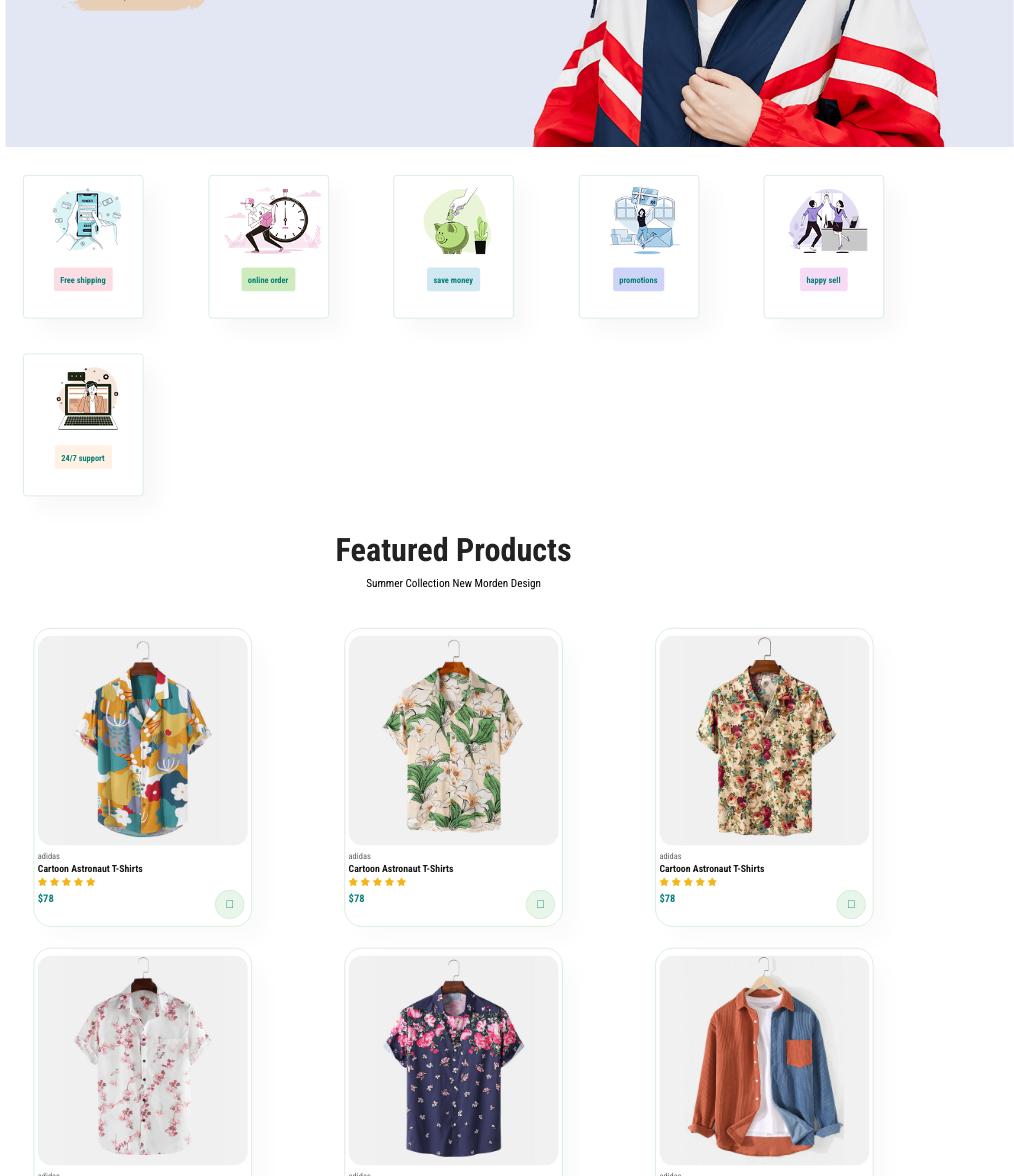
Repository: nhutduy-1905/web_coban
Page: src/index/index.html
An editor plug-in stored every save of this project. The page is shown before and after the next save, followed by the edit.
The browser window is 1280 px wide. The page is 1448 px wide, so the pictures cover 1448 px, including what lies to the right of the window. The pictures show the part of the page from y = 530 to 2210 px (the page is 3785 px tall before and 3517 px after), at 70% of full size.

Above is the page before, as saved 2024-11-19 21:56:54.

### src/index/index.html
<!DOCTYPE html>
<html lang="en">
<!-- Khai báo định dạng tài liệu HTML và ngôn ngữ là tiếng Anh -->

<head>
    <meta charset="UTF-8">
    <!-- Thiết lập bộ ký tự của trang là UTF-8 -->
    <meta name="viewport" content="width=device-width, initial-scale=1.0">
    <!-- Điều chỉnh để trang hiển thị tốt trên mọi thiết bị, đặc biệt là thiết bị di động -->
    <link rel="stylesheet" href="../benefit/benefit.css">
    <link rel="stylesheet" href="../index/main.css">
    <link rel="stylesheet" href="../product/product.css">
    <link rel="stylesheet" href="../product/item.css">
    <link rel="preconnect" href="https://fonts.googleapis.com">
    <link rel="preconnect" href="https://fonts.gstatic.com" crossorigin>
     <!-- link sao -->
    <link rel="preconnect" href="https://fonts.googleapis.com">
<link rel="preconnect" href="https://fonts.gstatic.com" crossorigin>
<link href="https://fonts.googleapis.com/css2?family=Roboto+Condensed:ital,wght@0,100..900;1,100..900&family=Roboto:ital,wght@0,100;0,300;0,400;0,500;0,700;0,900;1,100;1,300;1,400;1,500;1,700;1,900&display=swap" rel="stylesheet">
     <link rel="stylesheet" href="product.css">
     <!-- link giỏ hàng -->
     <link rel="stylesheet" href="https://pro.fontawesome.com/releases/v5.15.4/css/all.css">
    <title>Super Value Deals</title>
    <!-- Tiêu đề của trang web hiển thị trên tab của trình duyệt -->
</head>

<body>

    <section id="header">
        <a href="#"><img src="../../images/logo.png" class="logo" alt="Logo"></a>
        <div>
            <div id="nvbar">
                <div class="active">Home</div>
                <div>Shop</div>
                <div>Blog</div>
                <div>About</div>
                <div>Contact</div>
                <div>
                    <img src = "../../shopping-bag.png" alt = "Logo" style="width: 25px";>
                </div>
            </div>
        </div>
    </section>
    <Section id ="hero">
        <h4>Trade-in-offer</h4>
        <h2>Super value deals</h2>
        <h1>On all Products</h1>
        <p>save more with coupons & up to 70% off!</p>
        <button>Shop now</button>
    </Section>


    <section id ="featured">
        <div class = "fe-box">
            <img  class = "magic-1"src = "../../images/features/f1.png" alt ="">
            <h6>Free shipping</h6>
        </div>
        <div class = "fe-box">
            <img src = "../../images/features/f2.png" alt ="">
            <h6>online order</h6>
        </div>
        <div class = "fe-box">
            <img src = "../../images/features/f3.png" alt ="">
            <h6>save money</h6>
        </div>
        <div class = "fe-box">
            <img src = "../../images/features/f4.png" alt ="">
            <h6>promotions</h6>
        </div>
        <div class = "fe-box">
            <img src = "../../images/features/f5.png" alt ="">
            <h6>happy sell</h6>
        </div>
        <div class = "fe-box">
            <img  class = "magic-2" src = "../../images/features/f6.png" alt ="">
            <h6>24/7 support</h6>
        </div>
    </section>

    <section id ="product1" class = "section-p1">
        <h2>Featured Products</h2>
        <p>Summer Collection New Morden Design</p>
        <div class ="pro-container">
            <div class ="pro">
                <img src ="../../images/products/f1.jpg" alt ="">
                <div class ="des">
                    <span>adidas</span>
                    <h5> Cartoon Astronaut T-Shirts</h5>
                    <div class ="star">
                        <i class="fas fa-star"></i>
                        <i class="fas fa-star"></i>
                        <i class="fas fa-star"></i>
                        <i class="fas fa-star"></i>
                        <i class="fas fa-star"></i>
                    </div>
                    <h4>$78</h4>
                </div>
                   <a href ="#"><i class="fal fa-shopping-cart cart"></i></a>
            </div>
            <div class ="pro">
                <img src ="../../images/products/f2.jpg" alt ="">
                <div class ="des">
                    <span>adidas</span>
                    <h5> Cartoon Astronaut T-Shirts</h5>
                    <div class ="star">
                        <i class="fas fa-star"></i>
                        <i class="fas fa-star"></i>
                        <i class="fas fa-star"></i>
                        <i class="fas fa-star"></i>
                        <i class="fas fa-star"></i>
                    </div>
                    <h4>$78</h4>
                </div>
                   <a href ="#"><i class="fal fa-shopping-cart cart"></i></a>
            </div>
            <div class ="pro">
                <img src ="../../images/products/f3.jpg" alt ="">
                <div class ="des">
                    <span>adidas</span>
                    <h5> Cartoon Astronaut T-Shirts</h5>
                    <div class ="star">
                        <i class="fas fa-star"></i>
                        <i class="fas fa-star"></i>
                        <i class="fas fa-star"></i>
                        <i class="fas fa-star"></i>
                        <i class="fas fa-star"></i>
                    </div>
                    <h4>$78</h4>
                </div>
                   <a href ="#"><i class="fal fa-shopping-cart cart"></i></a>
            </div>
            <div class ="pro">
                <img src ="../../images/products/f4.jpg" alt ="">
                <div class ="des">
                    <span>adidas</span>
                    <h5> Cartoon Astronaut T-Shirts</h5>
                    <div class ="star">
                        <i class="fas fa-star"></i>
                        <i class="fas fa-star"></i>
                        <i class="fas fa-star"></i>
                        <i class="fas fa-star"></i>
                        <i class="fas fa-star"></i>
                    </div>
                    <h4>$78</h4>
                </div>
                   <a href ="#"><i class="fal fa-shopping-cart cart"></i></a>
            </div>
            <div class ="pro">
                <img src ="../../images/products/f5.jpg" alt ="">
                <div class ="des">
                    <span>adidas</span>
                    <h5> Cartoon Astronaut T-Shirts</h5>
                    <div class ="star">
                        <i class="fas fa-star"></i>
                        <i class="fas fa-star"></i>
                        <i class="fas fa-star"></i>
                        <i class="fas fa-star"></i>
                        <i class="fas fa-star"></i>
                    </div>
                    <h4>$78</h4>
                </div>
                   <a href ="#"><i class="fal fa-shopping-cart cart"></i></a>
            </div>
            <div class ="pro">
                <img src ="../../images/products/f6.jpg" alt ="">
                <div class ="des">
                    <span>adidas</span>
                    <h5> Cartoon Astronaut T-Shirts</h5>
                    <div class ="star">
                        <i class="fas fa-star"></i>
                        <i class="fas fa-star"></i>
                        <i class="fas fa-star"></i>
                        <i class="fas fa-star"></i>
                        <i class="fas fa-star"></i>
                    </div>
                    <h4>$78</h4>
                </div>
                   <a href ="#"><i class="fal fa-shopping-cart cart"></i></a>
            </div>
            <div class ="pro">
                <img src ="../../images/products/f7.jpg" alt ="">
                <div class ="des">
                    <span>adidas</span>
                    <h5> Cartoon Astronaut T-Shirts</h5>
                    <div class ="star">
                        <i class="fas fa-star"></i>
                        <i class="fas fa-star"></i>
                        <i class="fas fa-star"></i>
                        <i class="fas fa-star"></i>
                        <i class="fas fa-star"></i>
                    </div>
                    <h4>$78</h4>
                </div>
                   <a href ="#"><i class="fal fa-shopping-cart cart"></i></a>
            </div>
            <div class ="pro">
                <img src ="../../images/products/f8.jpg" alt ="">
                <div class ="des">
                    <span>adidas</span>
                    <h5> Cartoon Astronaut T-Shirts</h5>
                    <div class ="star">
                        <i class="fas fa-star"></i>
                        <i class="fas fa-star"></i>
                        <i class="fas fa-star"></i>
                        <i class="fas fa-star"></i>
                        <i class="fas fa-star"></i>
                    </div>
                    <h4>$78</h4>
                </div>
                   <a href ="#"><i class="fal fa-shopping-cart cart"></i></a>
            </div>
        </div>

    </section>

    <section id = "banner3">
        <div class = "banner-box">
            <h2>SEASONAL SALE </h2>
            <h3>Winter Collection -50% OFF</h3>
        </div>
        <div class = "banner-box banner-box2">
            <h2>NEW FOOTWEAR COLLECTION </h2>
            <h3>Spring/Summer 2024</h3>
        </div>
        <div class = "banner-box banner-box3">
            <h2>T-SHIRTS</h2>
            <h3>New Trendy Prints</h3>
        </div>
     </section>
     <section id = "newsletter">
        <div class = "newtest">
            <h4>Sign Up For Newsletters</h4>
            <p>Get E-mail upadtes about us latest shop and <span>special offers.</span></p>
        </div>
        <div class = "form">
            <input type= "text" placeholder ="Your email address">
            <button class = "normal">Sign Up</button>
        </div>
     </section>

     <footer class ="section-p1">
        <div class = "col">
            <img  class = "logo" src = "../../images/logo.png" alt ="">
            <h4>Contact</h4>
            <p><strong><i>Address:</strong>Wellington Road,Street 32,San Fancisco</i></p>
            <p><strong><i>Phone: </strong>Wellington Road,Street 32,San Fancisco</i></p>
            <p><strong><i>Hours: </strong>10:00-18:00.Mon-Sat</i></p>
            <div class ="follow us">
                <h4>Follow us</h4>
                <div class = "icon">
                    <i class="fab fa-facebook-f"></i>
                    <i class="fab fa-twitter"></i>
                    <i class="fab fa-instagram"></i>
                    <i class="fab fa-pinterest-p"></i>
                    <i class="fab fa-youtube"></i>
                </div>
            </div>
        </div>

        <div class = "col">
            <h4>About</h4>
            <a href = "#">About us</a>
            <a href = "#">Delivery Information</a>
            <a href = "#">Privacy Policy</a>
            <a href = "#">Terms & Conditions</a>
            <a href = "#">Contact Us</a>
        </div>

        <div class = "col">
            <h4>My Account</h4>
            <a href = "#">Sign In</a>
            <a href = "#">View Cart</a>
            <a href = "#">My Wishlist</a>
            <a href = "#">Track My Order</a>
            <a href = "#">Help</a>
        </div>

        <div class = "col install">
            <h4 class = "col1">Install App</h4>
            <p class = "col2">From App store or Google Play</p>
            <div class ="row">
                <img src = "../../images/pay/app.jpg" alt ="">
                <img src = "../../images/pay/play.jpg" alt = "">
            </div>
            <p>Secured Payment Gateways</p>
            <img src = "../../images/pay/pay.png" alt ="">
        </div>
     </footer>

</body>
</html>

### src/benefit/benefit.css
#featured {
    display: flex;
     /* Tạo container flexbox để sắp xếp các phần tử con */
    align-items: center;
    /* Căn giữa các phần tử con theo chiều dọc (trục y) */
    justify-content: space-between;
    /* Phân phối các phần tử con cách đều nhau theo chiều ngang (trục x) */
    flex-wrap: wrap;
    /* Cho phép các phần tử con xuống dòng khi không đủ không gian */
 }

 #featured .fe-box {
    width: 140px;
    /* Đặt chiều rộng cho mỗi hộp là 120px */
    text-align: center;
    /* Căn giữa nội dung văn bản trong mỗi hộp */
     padding:   10px 15px;
     /* Khoảng đệm bên trong mỗi hộp (15px trên dưới, 10px trái phải) */
    box-shadow: 20px 20px 34px rgba(0, 0, 0, 0.03);
     /* Tạo bóng cho hộp với độ mờ nhẹ */
    border: 1px solid #cce7d0;
    /* Tạo viền màu xanh nhạt cho mỗi hộp */
    border-radius: 5px;
    /* Bo tròn góc của hộp với bán kính 4px */
     margin: 10px;
    /* Tạo khoảng cách ngoài cho mỗi hộp là 15px */
    margin-left:25px;
    margin-top: 40px;
    margin-right: 25px;

 }

 #featured .fe-box:hover {
    box-shadow: 10px 10px 54px rgba(70, 62, 221, 0.1);
    /* Tăng bóng khi di chuột qua hộp */
 }

 #featured .fe-box img {
    width: 100%;
    /* Đặt chiều rộng ảnh bằng 100% của hộp chứa */
    margin-bottom: 10px;
    /* Khoảng cách dưới của ảnh là 10px */
    padding: 5px 5px;
 }

 #featured .fe-box h6 {
   display: inline-block;
     /* Hiển thị tiêu đề h6 dưới dạng khối nội tuyến */
   padding: 12px 10px 10px 9px;
    /* Khoảng đệm bên trong tiêu đề h6 (trên 9px, phải 8px, dưới 6px, trái 8px) */
   line-height: 1;
    /* Chiều cao dòng là 1 */
   border-radius: 4px;
   /* Bo tròn góc của tiêu đề với bán kính 4px */
   color: #088178;
     /* Màu chữ xanh lá cây */
   background-color: #fddde4;
    /* Nền màu hồng nhạt cho tiêu đề */
    margin-top: 0px;

 }

 #featured .fe-box:nth-child(2) h6 {
   background-color: #cdebbc;
   /* Nền màu xanh nhạt cho hộp thứ hai */
 }

 #featured .fe-box:nth-child(3) h6 {
   background-color: #d1e8f2;
    /* Nền màu xanh nhạt cho hộp thứ ba */
 }

 #featured .fe-box:nth-child(4) h6 {
   background-color: #cdd4f8;
   /* Nền màu xanh dương nhạt cho hộp thứ tư */
 }

 #featured .fe-box:nth-child(5) h6 {
   background-color: #f6dbf6;
    /* Nền màu tím nhạt cho hộp thứ năm */
 }

 #featured .fe-box:nth-child(6) h6 {
   background-color: #fff2e5;
   /* Nền màu cam nhạt cho hộp thứ sáu */

 }

### src/index/main.css
h1 {
    font-size: 50px;
    line-height: 64px;
    color: #222;
    margin-bottom: 0;
    margin-top: 0;
}

h2 {
    font-size: 46px;
    line-height: 54px;
    color: #222;
    margin-top: 0;
    margin-bottom: 0;
}

h4 {
    font-size: 30px;
    margin-top: 10px;
    margin-bottom: 10px;
}

h6 {
    font-weight: 700;
    font-size: 12px;
}

p {
    font-size: 16px;

    margin: 15px 0  20px ;
    margin-top: 0px;
}

.section-p1 {
    padding: 40px 40px;
}

.section-m1 {
    margin: 40px 0;
}

body {
    width: 100%;
   font-family: "Roboto Condensed", sans-serif;
}

#header {
    display: flex;
    align-items: center;
    justify-content: space-between;
    padding: 20px 80px;
    background: #E3E6F3;
    box-shadow: 0 5px 15px rgba(0, 0, 0, 0.06);
    z-index: 999;
    position: sticky;
    top: 0;
    left: 0;
}

#nvbar {
    display: flex;
    align-items: center;
    justify-content: center;
}

#nvbar div {
    list-style: none;
    padding: 0 20px;
    text-decoration: none;
    font-size: 16px;
    font-weight: 600;
    color: #1a1a1a;
}

#nvbar div:hover {
    color: #088178;
}

#nvbar .active {
    color: #088178;
}

#nvbar .div .active::after {
    content: "";
    width: 30px;
    height: 2px;
    background-color: #088178;
    position: absolute;
    bottom: -4px;
    left: 20px;
}

#hero {
    background-image: url("../../images/hero4.png");
    height: 90vh;
    width: 100%;
    background-size: cover;
    background-position: top 25% right 0;
    padding: 0 80px;
    display: flex;
    flex-direction: column;
    align-items: flex-start;
    justify-content: center;

}


#hero h1 {
    color: #088178;
    margin-top:-7px;
    font-size: 47px;
}

#hero button {
    background-image: url("../../images/button.png");
    background-color: transparent;
    color: #088178;
    border: 0;
    padding: 14px 80px 14px 65px;
}
#hero h4
{
    color: #1a1a1a;

}

### src/product/product.css
#product1
{
   text-align: center; /* Căn giữa tất cả nội dung văn bản bên trong phần tử #product1 */
}

#product1 .pro-container
{
   display: flex; /* Sử dụng flexbox để bố trí các phần tử con */
   justify-content: space-between; /* Căn đều các phần tử con với khoảng cách đều nhau */
   padding-top: 20px; /* Tạo khoảng cách trên cùng cho phần tử */
   flex-wrap: wrap; /* Cho phép các phần tử con xuống hàng khi không đủ chỗ */
}

#product1 .pro
{
    width: 5%; /* Đặt chiều rộng của mỗi sản phẩm là 5% của khối chứa */
    min-width: 300px; /* Đảm bảo mỗi sản phẩm có chiều rộng tối thiểu là 250px */
    padding: 10px 5px; /* Tạo khoảng cách giữa nội dung bên trong phần tử và viền */
    border: 1px solid #cce7d0; /* Tạo viền mỏng màu #cce7d0 */
    border-radius: 25px; /* Làm tròn góc các viền với bán kính 25px */
    cursor: pointer; /* Thay đổi con trỏ thành hình tay khi di chuột lên */
    box-shadow: 20px 20px 30px rgba(0, 0, 0, 0.02); /* Tạo hiệu ứng đổ bóng nhạt cho phần tử */
    margin: 15px 0; /* Tạo khoảng cách trên và dưới của phần tử */
    transition: 0.2 ease; /* Tạo hiệu ứng chuyển động mượt khi có sự thay đổi */
    position: relative; /* Đặt phần tử ở vị trí tương đối để các phần tử con có thể định vị dựa vào nó */
}

#product1 .pro:hover
{
   box-shadow: 20px 20px 30px rgba(0, 0, 0, 0.06); /* Tăng cường đổ bóng khi người dùng hover chuột lên sản phẩm */
}

#product1 .pro img
{
    width: 100%; /* Hình ảnh chiếm toàn bộ chiều rộng của phần tử chứa */
    border-radius: 20px; /* Làm tròn góc các hình ảnh */
    margin-bottom: -10px;
}

#product1 .pro .des
{
   text-align: start; /* Căn trái văn bản trong mô tả */
   padding: 10px 0; /* Tạo khoảng cách trên và dưới cho phần mô tả */
}

#product1 .pro .des span
{
   color: #606063; /* Đặt màu chữ cho thẻ <span> */
   font-size: 12px; /* Đặt kích thước chữ là 12px */
}

#product1 .pro .des h5
{
   padding-top: 7px; /* Tạo khoảng cách trên cho tiêu đề h5 */
   color: #1a1a1a; /* Đặt màu chữ tối cho tiêu đề h5 */
   font-size: 14px; /* Đặt kích thước chữ là 14px */
   margin-top: -5px;
   margin-bottom: 0px;
   margin-left: 0px;
}

#product1 .pro .des i
{
    font-size: 12px; /* Đặt kích thước chữ cho các biểu tượng sao */
    color: rgb(243, 181, 25); /* Màu vàng cho các biểu tượng sao */
}

#product1 .pro .des h4
{
   padding-top: 7px; /* Tạo khoảng cách trên cho thẻ h4 */
   font-size: 15px; /* Đặt kích thước chữ là 15px */
   font-weight: 700; /* Đặt độ đậm của chữ là 700 (bold) */
   color:#088178; /* Đặt màu xanh lá cho giá sản phẩm */
   margin-top: 0px;
}

#product1 .pro .cart
{
  width: 40px; /* Đặt chiều rộng của biểu tượng giỏ hàng */
  height: 40px; /* Đặt chiều cao của biểu tượng giỏ hàng */
  line-height: 40px; /* Canh giữa biểu tượng giỏ hàng theo chiều dọc */
  border-radius: 50px; /* Làm tròn biểu tượng giỏ hàng thành hình tròn */
  background-color: #e8f6ea; /* Đặt màu nền xanh nhạt cho giỏ hàng */
  font-weight: 500; /* Đặt độ đậm của chữ trong giỏ hàng là 500 */
  color:#088178; /* Màu chữ xanh lá cho biểu tượng giỏ hàng */
  border: 1px solid #cce7d0; /* Tạo viền mỏng màu xanh nhạt cho giỏ hàng */
  position: absolute; /* Đặt biểu tượng giỏ hàng ở vị trí tuyệt đối trong phần tử cha */
  bottom:20px; /* Đặt biểu tượng cách đáy 20px */
  right: 10px; /* Đặt biểu tượng cách phải 10px */
  margin-bottom:-10px;
}
h2
{
   margin-bottom: 10px;
}

Loaded but not shown: src/product/item.css (198 lines, source omitted)

After the next save:
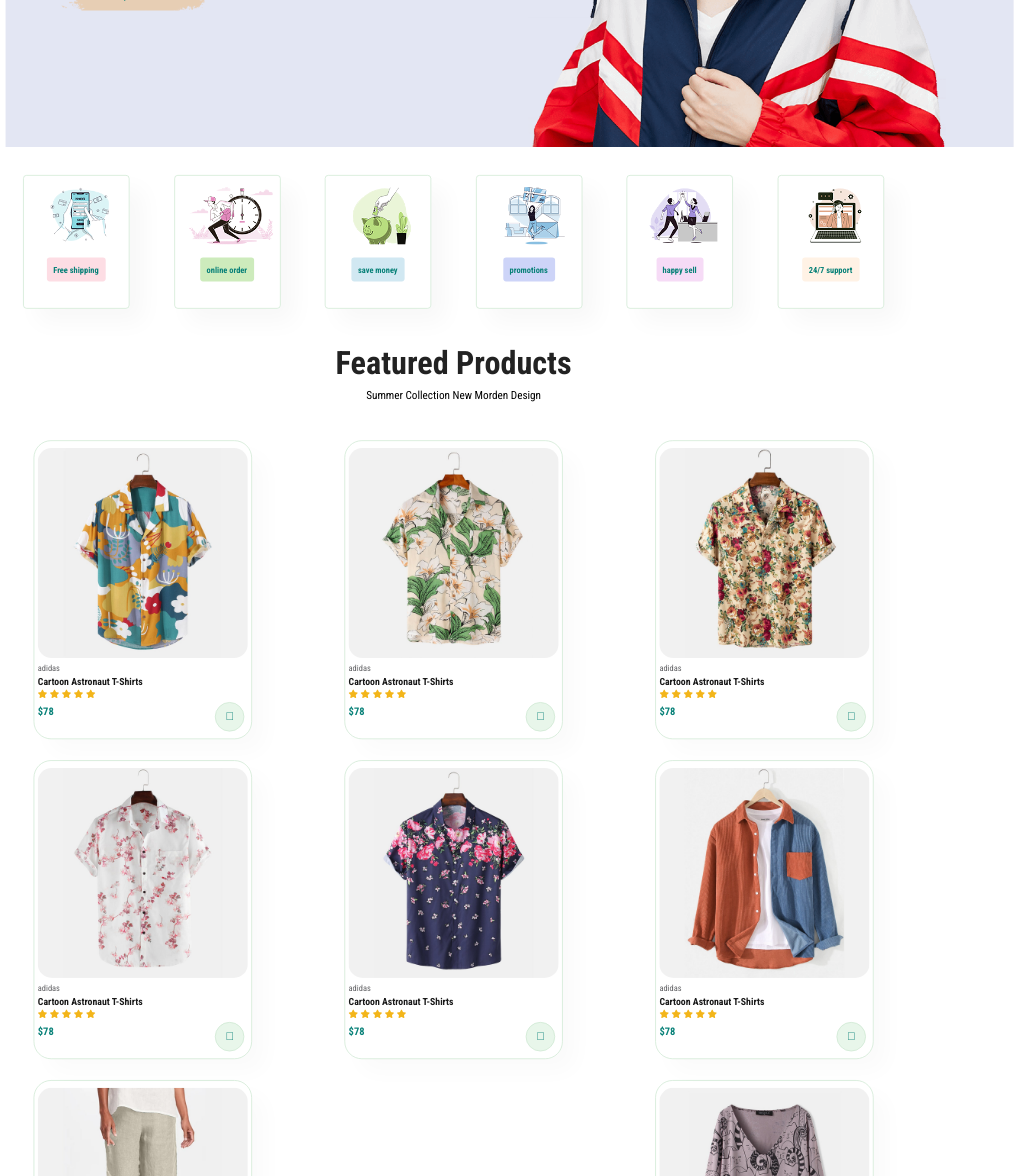
Saved 9 s later.
--- a/src/benefit/benefit.css
+++ b/src/benefit/benefit.css
@@ -10,7 +10,7 @@
  }
 
  #featured .fe-box {
-    width: 140px;
+    width: 120px;
     /* Đặt chiều rộng cho mỗi hộp là 120px */
     text-align: center;
     /* Căn giữa nội dung văn bản trong mỗi hộp */
